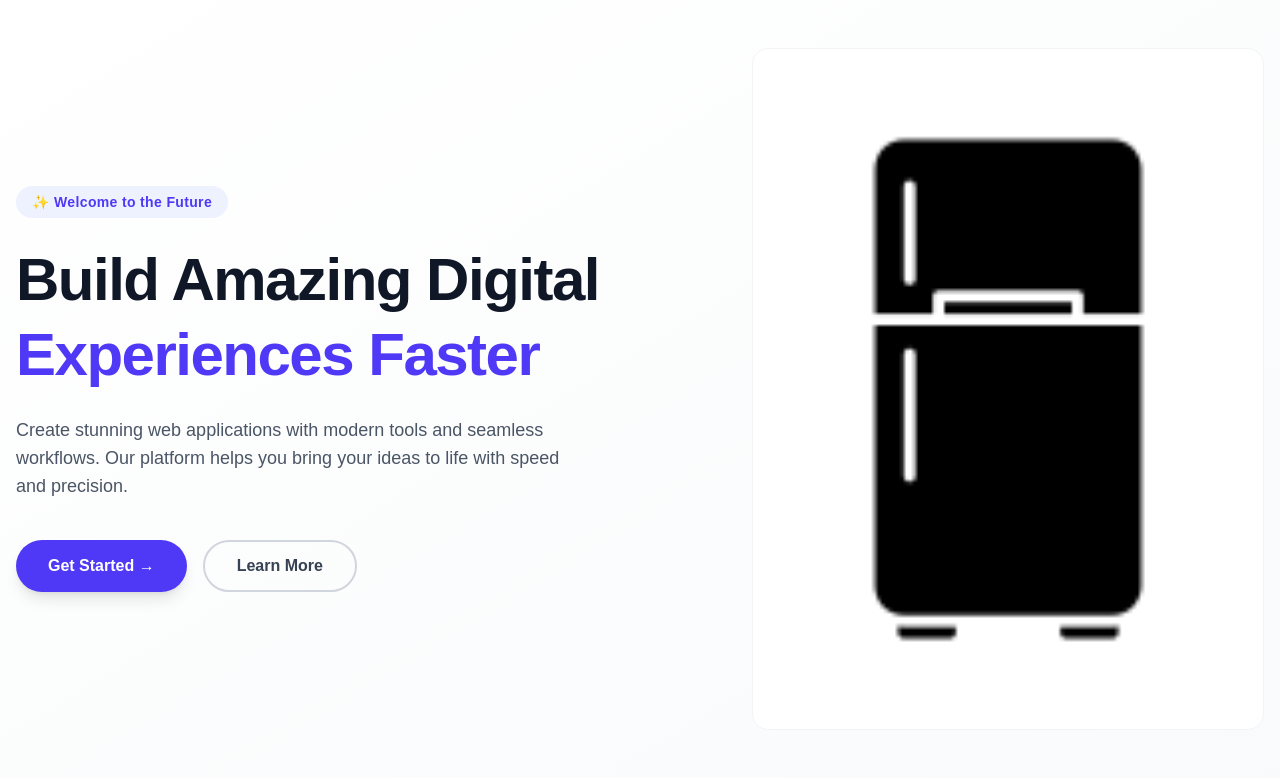
Repository: deepak445566/repai
Page: / (app in repair/)
An editor plug-in stored every save of this project. The page is shown before and after the next save, followed by the edit.
The browser window is 1280 px wide. The pictures show the whole page.
The project was rebuilt for these pictures with package versions that can differ from the ones it lists, and the page was loaded fresh each time. The framework's server and built-in components were replaced by stand-ins that run in the browser. Also part of the build but not shown: repair/next.config.mjs.

Above is the page before, as saved 2026-04-15 11:05:26.

### repair/src/app/layout.js
import { Geist, Geist_Mono } from "next/font/google";
import "./globals.css";

const geistSans = Geist({
  variable: "--font-geist-sans",
  subsets: ["latin"],
});

const geistMono = Geist_Mono({
  variable: "--font-geist-mono",
  subsets: ["latin"],
});

export const metadata = {
  title: "Create Next App",
  description: "Generated by create next app",
};

export default function RootLayout({ children }) {
  return (
    <html
      lang="en"
      className={`${geistSans.variable} ${geistMono.variable} h-full antialiased`}
    >
      <body className="min-h-full flex flex-col">{children}</body>
    </html>
  );
}

### repair/src/app/page.js
import HeroPage from '@/components/heroPage'
import React from 'react'

function page() {
  return (
   <>
   <HeroPage/>

   </>
  )
}

export default page

### repair/src/components/heroPage.jsx
import Image from 'next/image';

export default function HeroPage() {
  return (
    <div className="min-h-screen bg-gradient-to-br from-white to-gray-50 flex items-center justify-center px-4 py-12">
      <div className="max-w-7xl mx-auto w-full">
        <div className="flex flex-col lg:flex-row items-center gap-12 lg:gap-16">

          {/* Left Section - Content */}
          <div className="flex-1 text-center lg:text-left space-y-6">
            {/* Tagline */}
            <div className="inline-block px-4 py-1.5 rounded-full bg-indigo-50 text-indigo-600 text-sm font-semibold tracking-wide">
              ✨ Welcome to the Future
            </div>

            {/* Heading */}
            <h1 className="text-4xl sm:text-5xl lg:text-6xl font-bold tracking-tight text-gray-900 leading-tight">
              Build Amazing Digital
              <span className="text-indigo-600 block"> Experiences Faster</span>
            </h1>

            {/* Paragraph */}
            <p className="text-lg text-gray-600 max-w-xl mx-auto lg:mx-0">
              Create stunning web applications with modern tools and seamless workflows.
              Our platform helps you bring your ideas to life with speed and precision.
            </p>

            {/* Buttons */}
            <div className="flex flex-col sm:flex-row gap-4 justify-center lg:justify-start pt-4">
              <button className="px-8 py-3 rounded-full bg-indigo-600 text-white font-semibold shadow-lg hover:bg-indigo-700 transition-all duration-200 transform hover:scale-105">
                Get Started →
              </button>
              <button className="px-8 py-3 rounded-full border-2 border-gray-300 text-gray-700 font-semibold hover:bg-gray-50 transition-all duration-200">
                Learn More
              </button>
            </div>
          </div>

          {/* Right Section - Image */}
          <div className="flex-1 flex justify-center lg:justify-end">
            <div className="relative w-full max-w-md lg:max-w-lg">
              <div className="absolute inset-0 bg-gradient-to-tr from-indigo-100 to-purple-100 rounded-2xl blur-2xl opacity-60 -z-10"></div>
              <div className="relative bg-white rounded-2xl  overflow-hidden border border-gray-100">
                <div className="aspect-[3/4] relative">
                  {/* Replace the image source with your own image URL */}
                  <Image
                    src="/images/image.png"
                    alt="Hero Image"
                    fill
                    className="object-contain"
                    priority
                  />
                </div>
              </div>
            </div>
          </div>
        </div>
      </div>
    </div>
  );
}

Loaded but not shown: repair/src/app/globals.css (common file)

After the next save:
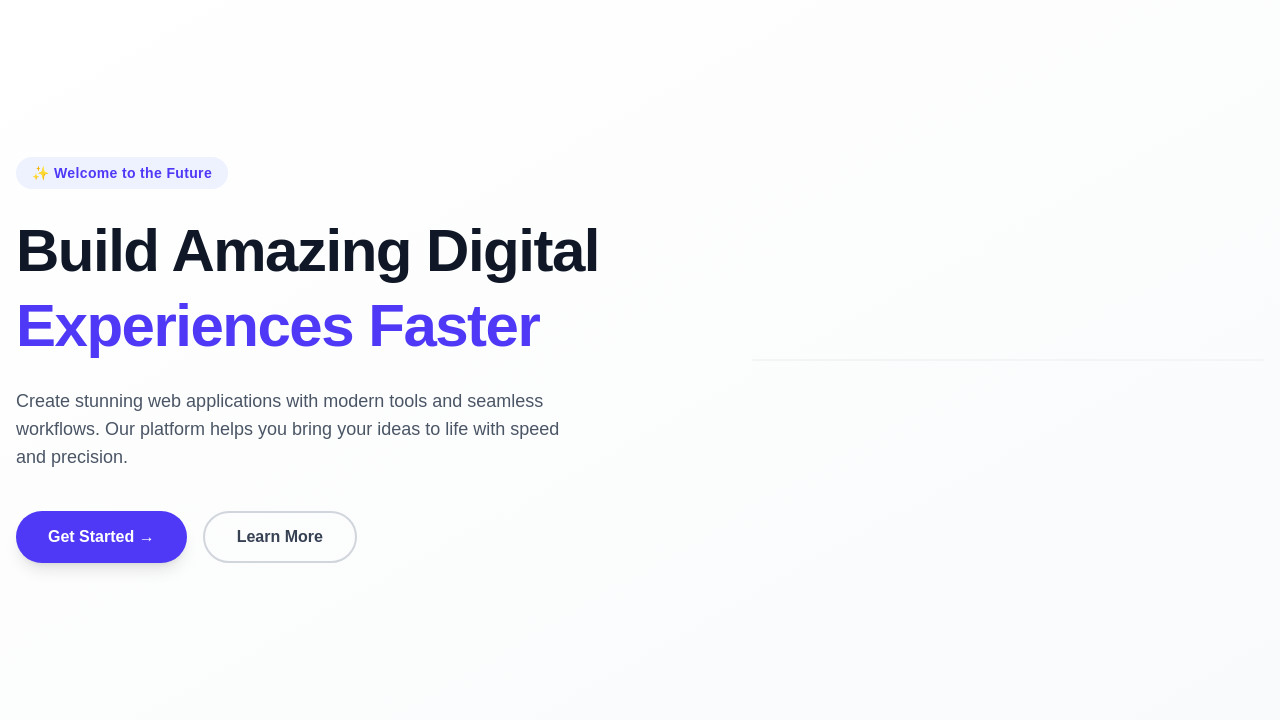
Saved 21 s later.
--- a/repair/src/components/heroPage.jsx
+++ b/repair/src/components/heroPage.jsx
@@ -41,7 +41,7 @@
             <div className="relative w-full max-w-md lg:max-w-lg">
               <div className="absolute inset-0 bg-gradient-to-tr from-indigo-100 to-purple-100 rounded-2xl blur-2xl opacity-60 -z-10"></div>
               <div className="relative bg-white rounded-2xl  overflow-hidden border border-gray-100">
-                <div className="aspect-[3/4] relative">
+                <div className=" relative">
                   {/* Replace the image source with your own image URL */}
                   <Image
                     src="/images/image.png"

After the 2 saves that followed:
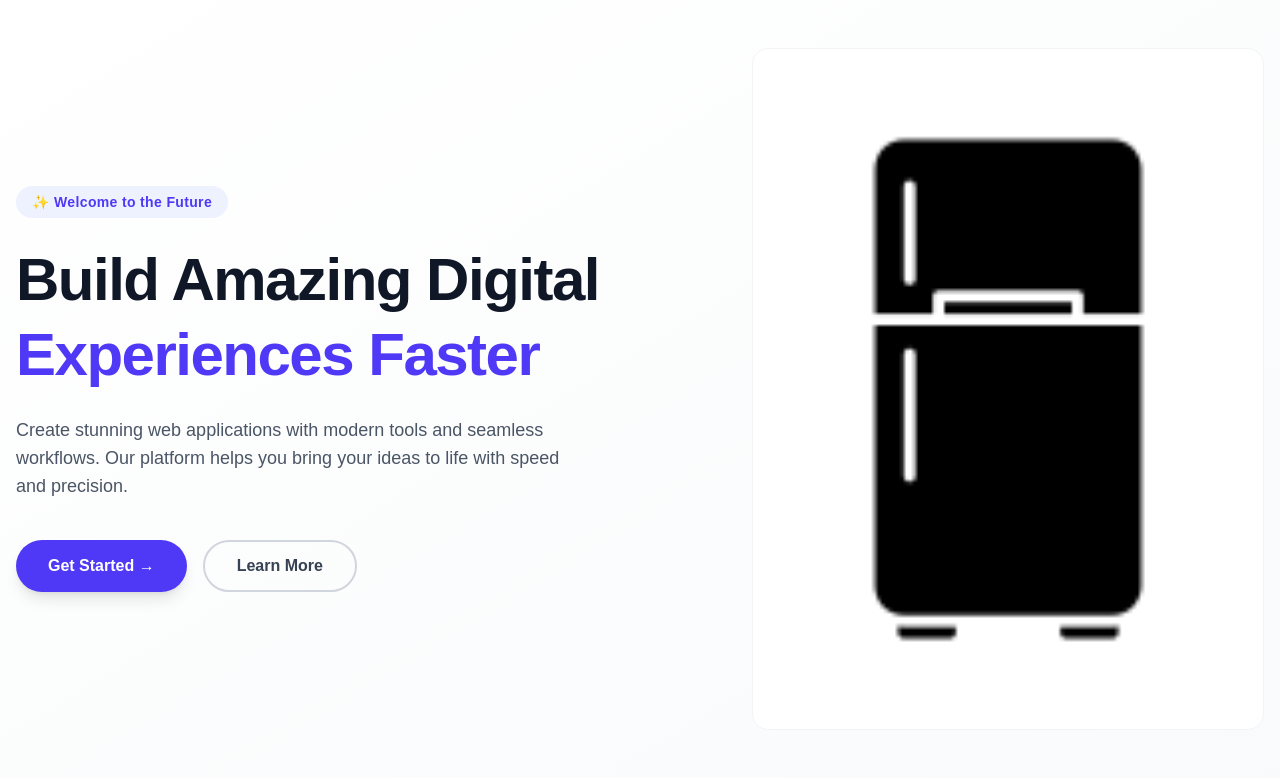
The 2 saves are shown as one change because 1 left the picture as it was.
The last was saved 24 s later.
--- a/repair/src/components/heroPage.jsx
+++ b/repair/src/components/heroPage.jsx
@@ -41,7 +41,7 @@
             <div className="relative w-full max-w-md lg:max-w-lg">
               <div className="absolute inset-0 bg-gradient-to-tr from-indigo-100 to-purple-100 rounded-2xl blur-2xl opacity-60 -z-10"></div>
               <div className="relative bg-white rounded-2xl  overflow-hidden border border-gray-100">
-                <div className=" relative">
+                <div className="aspect-[3/4] relative">
                   {/* Replace the image source with your own image URL */}
                   <Image
                     src="/images/image.png"
